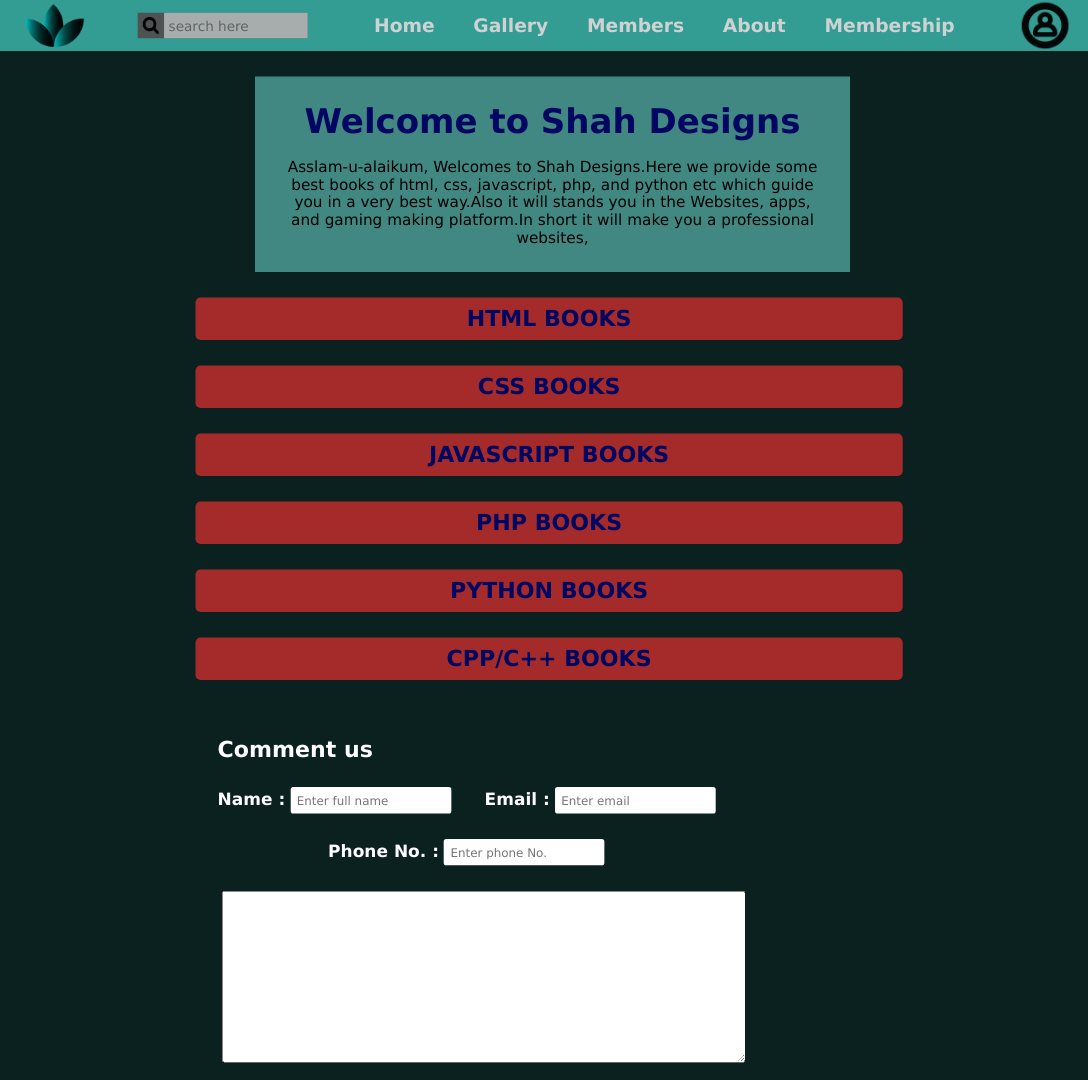
Repository: RawahaMR11/my_assignments
Page: rawaha computer/Shah Designs web/Shah home page.html
An editor plug-in stored every save of this project. The page is shown before and after the next save, followed by the edit.
The browser window is 1280 px wide. The pictures show the whole page, at 85% of full size.

Above is the page before, as saved 2024-12-13 09:15:55.

### rawaha computer/Shah Designs web/Shah home page.html
<!DOCTYPE html>
<html lang="en">
<head>
      <meta charset="UTF-8">
      <meta name="viewport" content="width=device-width, initial-scale=1.0">
      <title>Shah Designs</title>
      <link rel="stylesheet" href="Shah home page.css">
</head>
<body>
<div class="my-display">
      <header>
            <div class="logo">
                  <img src="logo.png" alt="Shah Designs logo">
            </div><!--end logo-->
            <div class="search">
                  <img src="search.png" alt="Search-icon">
                  <input type="text" placeholder="search here">
            </div><!--end search-->
            <div class="home">
                  <a href="Shah home page.html">Home</a>
            </div><!--end home-->
            <div class="gallery">
                  <a href="#">Gallery</a>
            </div><!--end gallery-->
            <div class="members">
                  <a href="#">Members</a>
            </div><!--end members -->
            <div class="about">
                  <a href="#">About</a>
            </div><!--end about-->
            <div class="membership">
                  <a href="#">Membership</a>
            </div>
            <div class="login">
                  <img src="sign in.png" alt="Login">
            </div><!--end login-->
      </header>


      <div class="wrapper">
            <div id="welcome">
                  <h1>Welcome to Shah Designs</h1><br>
                  <p>Asslam-u-alaikum, Welcomes to Shah Designs.Here we provide some best books of html, css, javascript, php, and python etc which guide you in a very best way.Also it will stands you in the Websites, apps, and gaming making platform.In short it will make you a professional websites, </p>
            </div><!--end welcome-->
      </div><!--end wrapper-->


      <div class="html-books">
            <p>HTML BOOKS</p>
      </div>
      <div class="css-books">
            <p>CSS BOOKS</p>
      </div>
      <div class="javascript-books">
            <p>JAVASCRIPT BOOKS</p>
      </div>
      <div class="php-books">
            <p>PHP BOOKS</p>
      </div>
      <div class="python-books">
            <p>PYTHON BOOKS</p>
      </div>
      <div class="Cpp-books">
            <p>CPP/C++ BOOKS</p>
      </div>



      <div class="datail">

      </div>



      <div class="comment">
            <h2>Comment us</h2>
            <label for="name">Name :</label><input type="text" placeholder="Enter full name">
            <label for="name" id="email-label">Email :</label><input type="email" placeholder="Enter email">
            <label for="name" id="phone-label">Phone No. :</label><input type="text" placeholder="Enter phone No.">
            <textarea name="comment" id="comment"></textarea>
      </div>
</div>
</body>
</html>

### rawaha computer/Shah Designs web/Shah home page.css
* {
      margin: 0;
      padding: 0;
}
body {
      display: block;
      font-size: 14px;
      background-color: rgb(10, 33, 32);
}
.my-display {
      width: 80%;
      margin: 0 auto;
      height: 100%;
      width: 100%;
}
/* css for opening my page on tablets (screens with width <=768px) */
@media screen and (max-width: 768px) {
      body {
            font-size: 16px;
      }
      .my-display {
            width: 100%;
      }
}
/* css for opening my page on laptops,pcs etc (screens with width <=1080px) */
@media screen and (max-width: 1080px) {
      body {
            font-size: 14px;
      }
      .my-display {
            width: 100%;
      }
}
/* css for opening my page on phones (screens with width <=480px) */
@media screen and (max-width: 480px) {
      body {
            font-size: 10px;
      }
      .my-display {
            width: 100%;
      }
}
header {
      width: 100%;
      height: 60px;
      display: flex;
      align-items: center;
      background-color: rgb(62, 188, 176);
      opacity: 80%;
      gap: 31.5px;
}
.logo {
      height: 83%;
      width: 70px;
      margin: 0 30px 0;
}
.logo img {
      height: 100%;
      width: 100%;
}
.search {
      width: 200px;
      height: 30px;
      background-color: rgb(95, 95, 95);
      display: flex;
      align-items: center;
      justify-content: space-evenly;
}
.search img {
      width: 10%;
      height: 65%;
      padding: 6px;
}
.search input {
      width: 90%;
      padding: 5.34px;
      border: none;
      outline: none;
      background-color: rgb(207, 207, 207);
      font-family: Verdana, Geneva, Tahoma, sans-serif;
      font-size: 16px;
}
.home {
      font-family: Verdana, Geneva, Tahoma, sans-serif;
      font-size: 22px;
      margin-left: 40px;
      padding: 7px;
}
.home:hover {
      background-color: rgb(161, 161, 161);
}
.home a {
      text-decoration: none;
      font-weight: 700;
      color: white;
}
.gallery {
      font-family: Verdana, Geneva, Tahoma, sans-serif;
      font-size: 22px;
      padding: 7px;
}
.gallery:hover {
      background-color: rgb(161, 161, 161);
}
.gallery a {
      text-decoration: none;
      font-weight: 700;
      color: white;
}
.members {
      font-family: Verdana, Geneva, Tahoma, sans-serif;
      font-size: 22px;
      padding: 7px;
}
.members:hover {
      background-color: rgb(161, 161, 161);
}
.members a {
      text-decoration: none;
      font-weight: 700;
      color: white;
}
.about {
      font-family: Verdana, Geneva, Tahoma, sans-serif;
      font-size: 22px;
      padding: 7px;
}
.about:hover {
      background-color: rgb(161, 161, 161);
}
.about a {
      text-decoration: none;
      font-weight: 700;
      color: white;
}
.membership {
      font-family: Verdana, Geneva, Tahoma, sans-serif;
      font-size: 22px;
      padding: 7px;
}
.membership:hover {
      background-color: rgb(161, 161, 161);
}
.membership a {
      text-decoration: none;
      font-weight: 700;
      color: white;
}
.login {
      height: 90%;
      width: 55px;
      float: right;
      margin-left: 40px;
}
.login img {
      height: 100%;
      width: 100%;
      cursor: pointer;
}
.wrapper {
      width: 50%;
      height: auto;
      display: flex;
      align-items: center;
      justify-content: center;
      margin-top: 30px;
      background-color: rgb(64, 136, 129);
      padding: 30px;
      margin-left: 300px;
}
#welcome {
      width: 100%;
      font-family: Verdana, Geneva, Tahoma, sans-serif;
      font-size: 16px;
}
#welcome h1 {
      text-align: center;
      color: rgb(0, 6, 97);
      font-size: 40px;
}
#welcome p {
      text-align: center;
      font-size: 18px;
      font-family: Verdana, Geneva, Tahoma, sans-serif;
}
.html-books {
      height: 50px;
      width: 65%;
      background-color: brown;
      margin: 30px 230px 0;
      border-radius: 6px;
      display: flex;
      align-items: center;
      justify-content: center;
      cursor: pointer;
      color: rgb(0, 6, 97);
}
.html-books p {
      font-family: Verdana, Geneva, Tahoma, sans-serif;
      font-size: 26px;
      font-weight: 700;
}
.css-books {
      height: 50px;
      width: 65%;
      background-color: brown;
      margin: 30px 230px 0;
      border-radius: 6px;
      display: flex;
      align-items: center;
      justify-content: center;
      cursor: pointer;
      color: rgb(0, 6, 97);
}
.css-books p {
      font-family: Verdana, Geneva, Tahoma, sans-serif;
      font-size: 26px;
      font-weight: 700;
}
.javascript-books {
      height: 50px;
      width: 65%;
      background-color: brown;
      margin: 30px 230px 0;
      border-radius: 6px;
      display: flex;
      align-items: center;
      justify-content: center;
      cursor: pointer;
      color: rgb(0, 6, 97);
}
.javascript-books p {
      font-family: Verdana, Geneva, Tahoma, sans-serif;
      font-size: 26px;
      font-weight: 700;
}
.php-books {
      height: 50px;
      width: 65%;
      background-color: brown;
      margin: 30px 230px 0;
      border-radius: 6px;
      display: flex;
      align-items: center;
      justify-content: center;
      cursor: pointer;
      color: rgb(0, 6, 97);
}
.php-books p {
      font-family: Verdana, Geneva, Tahoma, sans-serif;
      font-size: 26px;
      font-weight: 700;
}
.python-books {
      height: 50px;
      width: 65%;
      background-color: brown;
      margin: 30px 230px 0;
      border-radius: 6px;
      display: flex;
      align-items: center;
      justify-content: center;
      cursor: pointer;
      color: rgb(0, 6, 97);

}
.python-books p {
      font-family: Verdana, Geneva, Tahoma, sans-serif;
      font-size: 26px;
      font-weight: 700;
}
.Cpp-books {
      height: 50px;
      width: 65%;
      background-color: brown;
      margin: 30px 230px 0;
      border-radius: 6px;
      display: flex;
      align-items: center;
      justify-content: center;
      cursor: pointer;
      color: rgb(0, 6, 97);
}
.Cpp-books p {
      font-family: Verdana, Geneva, Tahoma, sans-serif;
      font-size: 26px;
      font-weight: 700;
}
.comment {
      width: 50%;
      margin: 50px 240px 0;
      padding: 16px;
}
.comment h2 {
      font-family: Verdana, Geneva, Tahoma, sans-serif;
      font-size: 26px;
      font-weight: 700;
      color: white;
}
.comment label {
      margin-top: 30px;
      font-family: Verdana, Geneva, Tahoma, sans-serif;
      font-size: 20px;
      font-weight: 700;
      color: white;
}
.comment input {
      margin: 30px 6px 0;
      font-family: Verdana, Geneva, Tahoma, sans-serif;
      font-size: 14px;
      padding: 7.5px;
      border: none;
      outline: none;
      border-radius: 3px;
}
#email-label {
      margin-left: 30px;
}
#phone-label {
      margin-left: 130px;
}
.comment textarea {
      width: 96%;
      height: 200px;
      margin: 30px 5px 0;
}

After the next save:
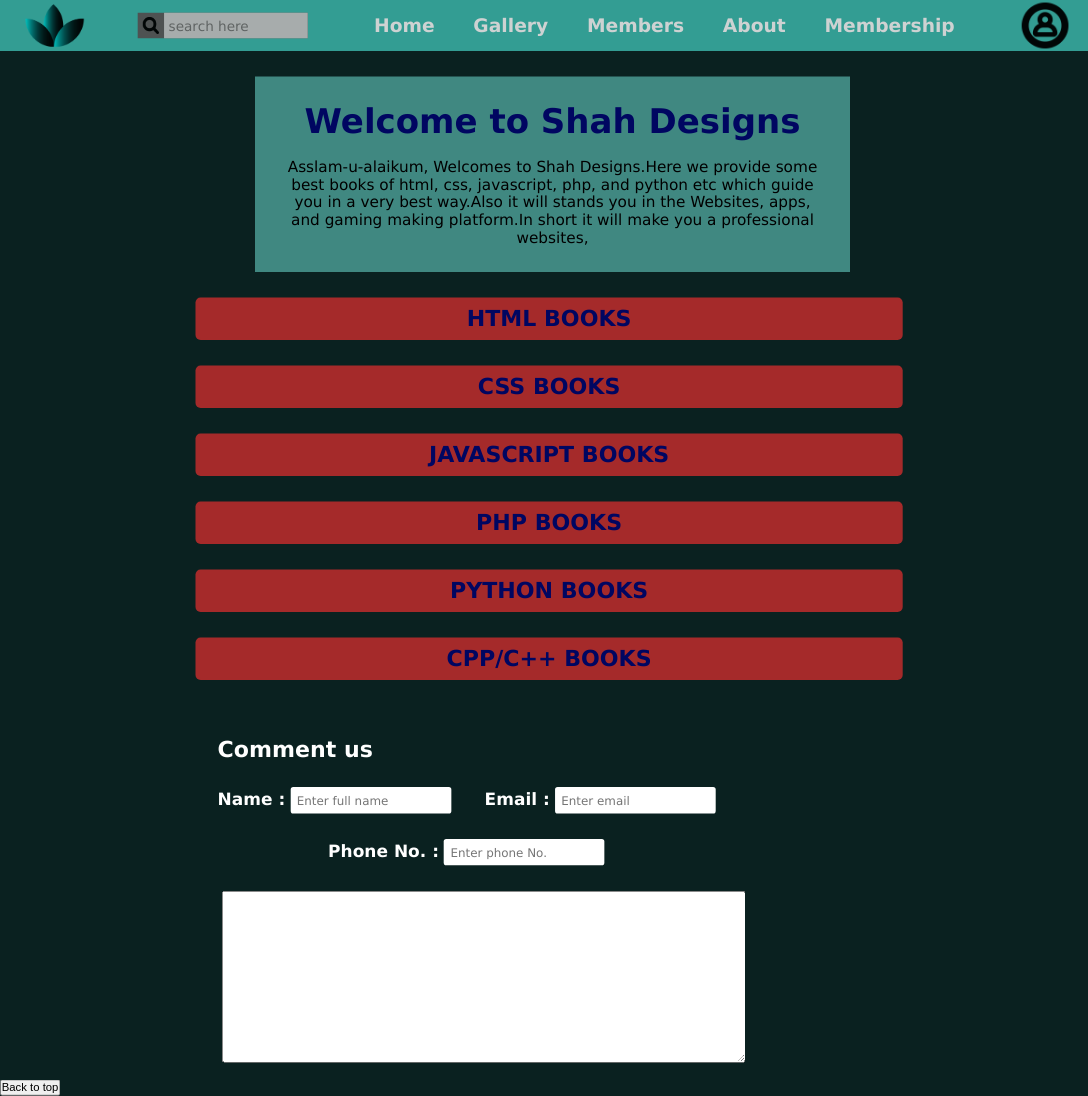
Saved 3 min 6 s later.
--- a/rawaha computer/Shah Designs web/Shah home page.html
+++ b/rawaha computer/Shah Designs web/Shah home page.html
@@ -79,6 +79,16 @@
             <label for="name" id="phone-label">Phone No. :</label><input type="text" placeholder="Enter phone No.">
             <textarea name="comment" id="comment"></textarea>
       </div>
+
+
+      <footer>
+            <div class="bach-to-top">
+                  <button>Back to top</button>
+            </div>
+
+            <div class="foot-panel1"></div>
+
+      </footer>
 </div>
 </body>
 </html>
